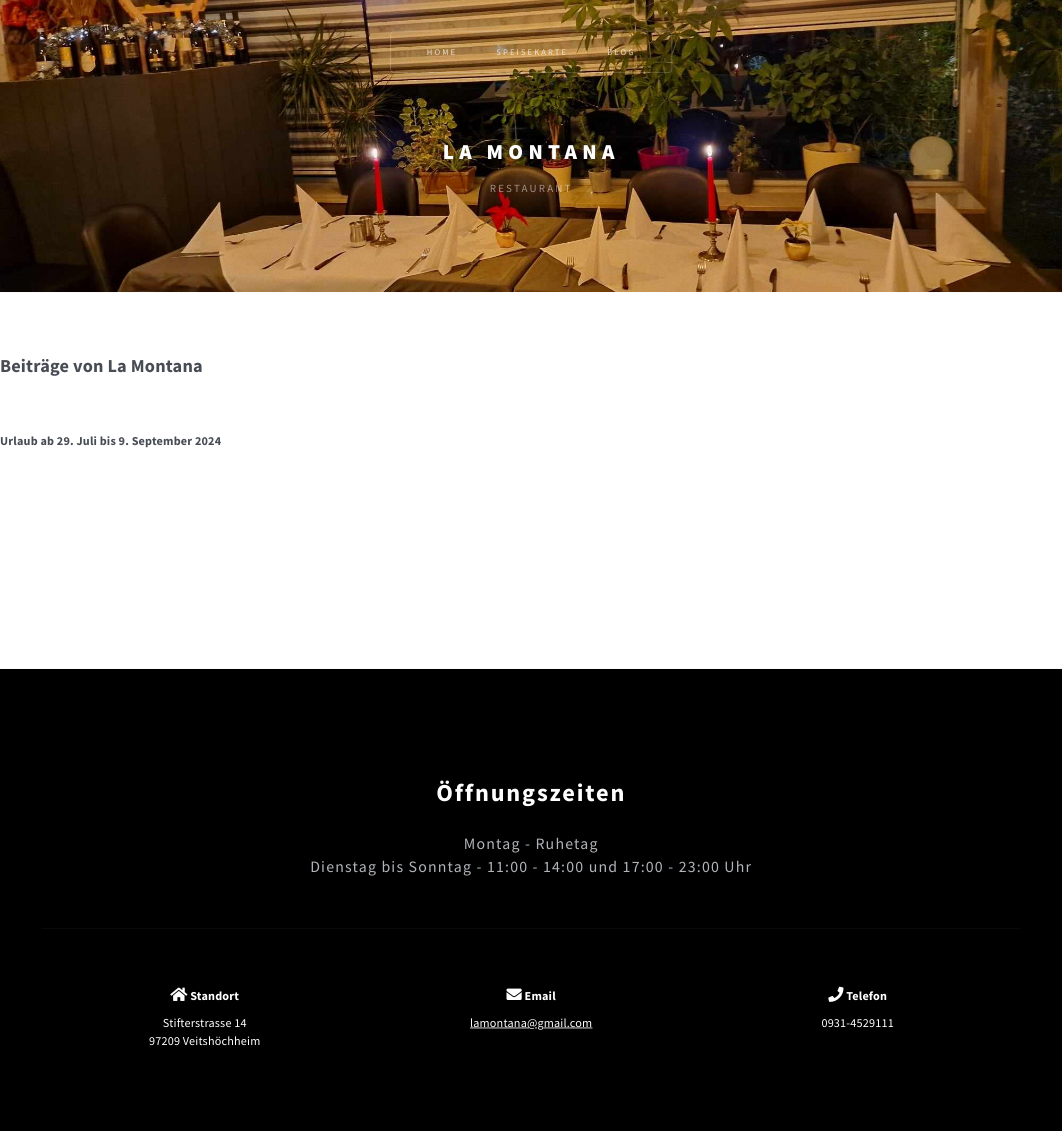
Repository: restaurantlamontana/restaurantlamontana.github.io
Page: blog.html
An editor plug-in stored every save of this project. The page is shown before and after the next save, followed by the edit.
The browser window is 1280 px wide. The pictures show the whole page, at 83% of full size.

Above is the page before, as saved 2024-07-14 18:48:08.

### blog.html
<!DOCTYPE HTML>
<!--
	Escape Velocity by HTML5 UP
	html5up.net | @ajlkn
	Free for personal and commercial use under the CCA 3.0 license (html5up.net/license)
-->
<html>
	<head>
		<title>La Montana - Blog</title>
		<meta charset="utf-8" />
		<meta name="viewport" content="width=device-width, initial-scale=1, user-scalable=no" />
		<link rel="stylesheet" href="assets/css/main.css" />
	</head>
	<body class="right-sidebar is-preload">
		<div id="page-wrapper">
			<!-- Header -->
			<section id="header" class="wrapper">
			  <!-- Logo -->
			  <div id="logo">
				<h1><a href="index.html">La Montana</a></h1>
				<p>Restaurant</p>
			  </div>

			  <!-- Nav -->
			  <nav id="nav">
				<ul>
				  <li class="current"><a href="index.html">Home</a></li>
				  <li><a href="assets/Speisekarte_Scan.pdf" target="_blank">Speisekarte</a></li>
				  <li><a href="blog.html">Blog</a></li>
				</ul>
			  </nav>
			</section>
				</section>

			<!-- Main -->
				<section id="main" class="wrapper style2">
					<div>
						<h1>Beiträge von La Montana</h1>
						<div>
						<p>Beitrag vom 14.06.2024:</p>
						<h3>Urlaub ab 29. Juli bis 9. September 2024</h3>
						<p>
							Liebe Gäste,
							<br>
							<br>
							Wir sind ab dem 29. Juli bis einschließlich 9. September 2024 im Urlaub.
							Wir wünschen ihnen eine schöne Sommerzeit und freuen uns auf euch wenn wir wieder da sind!
							<br>
							<br>
							Bis dann und viele Grüße, <br>
							Euer La Montana Team
						</p>
					</div>
					</div>
				</section>

		<!-- Footer -->
		<section id="footer" class="wrapper">
			<div class="container">
				<header class="style1">
					<h2>Öffnungszeiten</h2>
					<p>
						Montag - Ruhetag <br />
						Dienstag bis Sonntag - 11:00 - 14:00 und 17:00 - 23:00 Uhr
					</p>
				</header>
				<div class="flex-container">
					<div class="flex-item">
						<h3 class="icon solid fa-home">   Standort</h3>
						<p>
							Stifterstrasse 14<br />
							97209 Veitshöchheim<br />
						</p>
					</div>
					<div class="flex-item">
						<h3 class="icon solid fa-envelope">   Email</h3>
						<p>
							<a href="#">lamontana@gmail.com</a>
						</p>
					</div>
					<div class="flex-item">
						<h3 class="icon solid fa-phone">   Telefon</h3>
						<p>0931-4529111</p>
					</div>
				</div>
			</div>
		</section>
	</body>
	</html>

Loaded but not shown: assets/css/fontawesome-all.min.css (library); assets/css/main.css (3154 lines, source omitted)

After the next save:
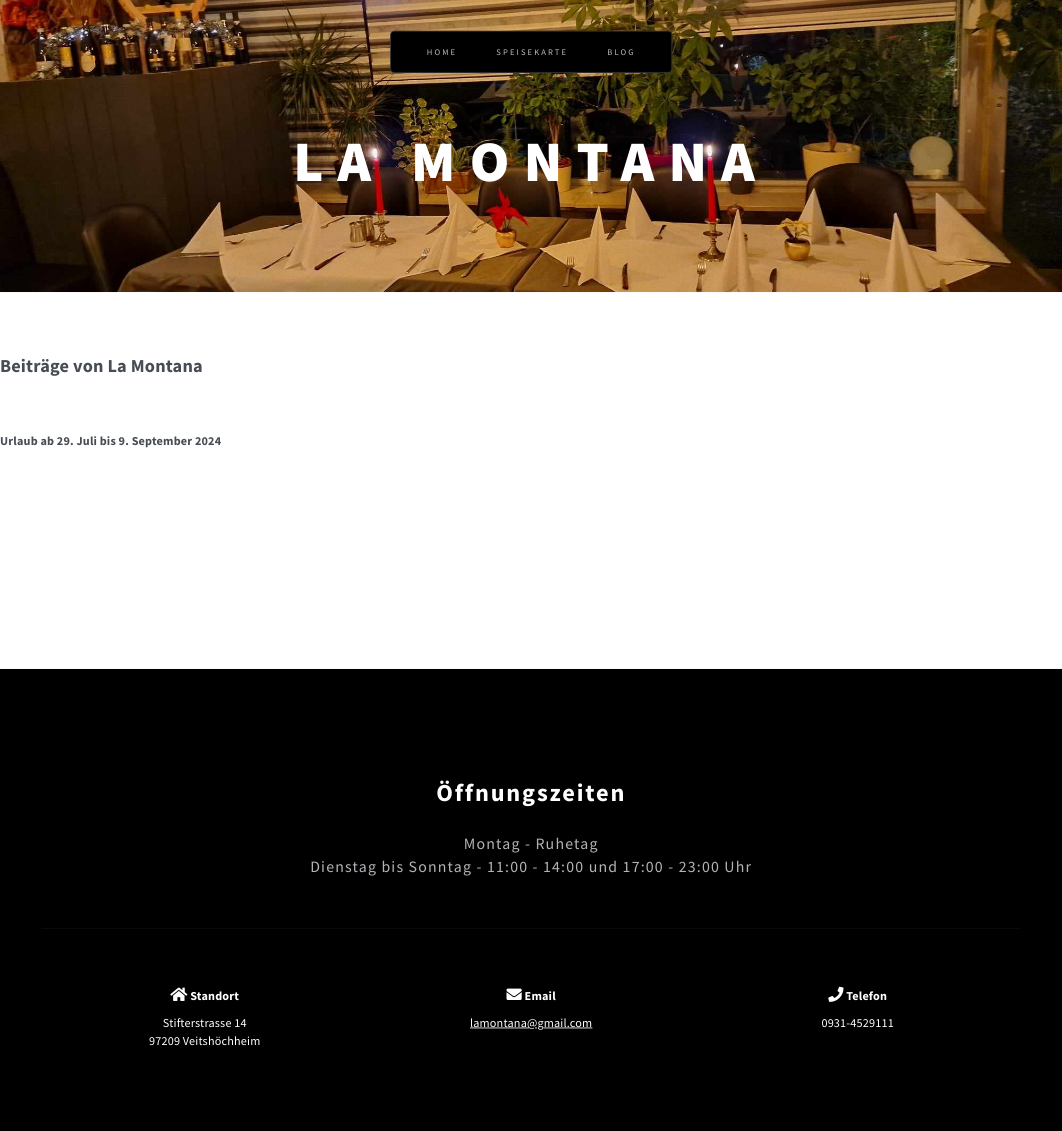
Saved 61 s later.
--- a/blog.html
+++ b/blog.html
@@ -15,22 +15,20 @@
 		<div id="page-wrapper">
 			<!-- Header -->
 			<section id="header" class="wrapper">
-			  <!-- Logo -->
-			  <div id="logo">
-				<h1><a href="index.html">La Montana</a></h1>
-				<p>Restaurant</p>
-			  </div>
+				<!-- Logo -->
+				<div id="logo">
+				  <h1 style="font-size: 69px;"><a href="index.html">La Montana</a></h1>
+				</div>
 
-			  <!-- Nav -->
-			  <nav id="nav">
-				<ul>
-				  <li class="current"><a href="index.html">Home</a></li>
-				  <li><a href="assets/Speisekarte_Scan.pdf" target="_blank">Speisekarte</a></li>
-				  <li><a href="blog.html">Blog</a></li>
-				</ul>
-			  </nav>
-			</section>
-				</section>
+				<!-- Nav -->
+				<nav id="nav">
+				  <ul class="toplinks">
+					<li class="current"><a href="index.html">Home</a></li>
+					<li><a href="assets/Speisekarte_Scan.pdf" target="_blank">Speisekarte</a></li>
+					<li><a href="blog.html">Blog</a></li>
+				  </ul>
+				</nav>
+			  </section>
 
 			<!-- Main -->
 				<section id="main" class="wrapper style2">
